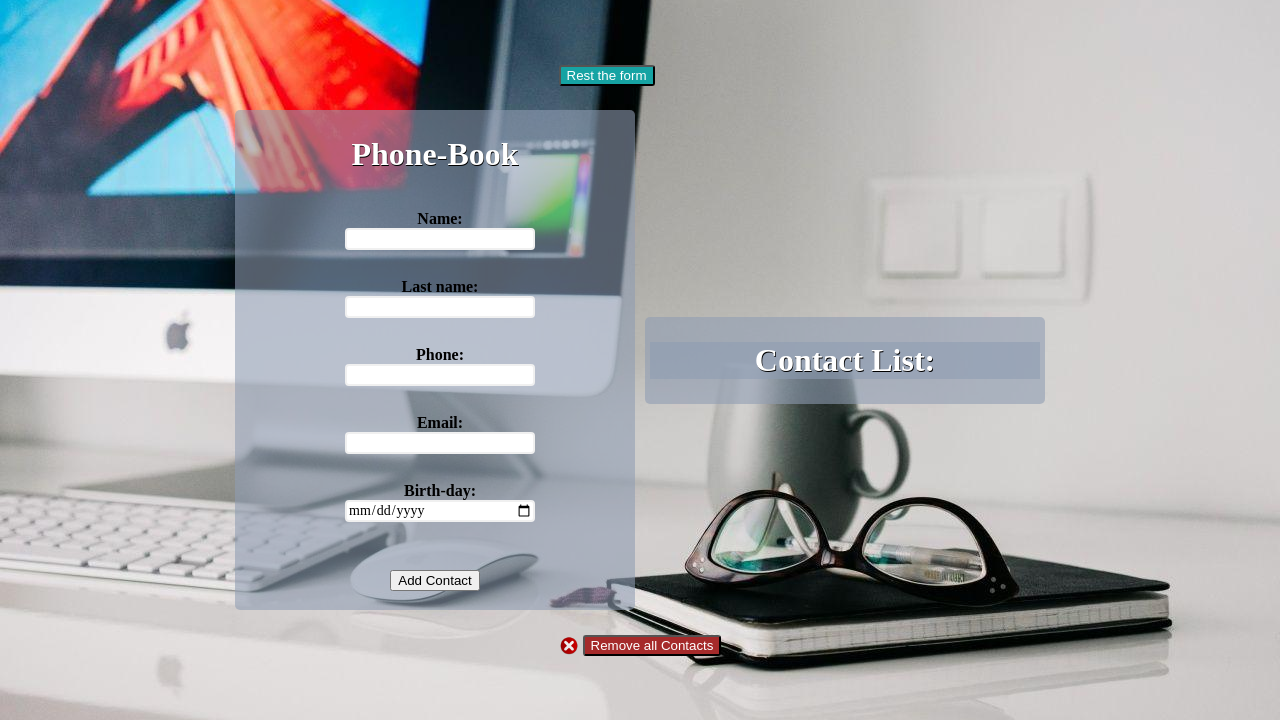
Repository: STA1357/Phone-book
Page: Inner.html
The author's editor kept a copy of each file at every save. The page is drawn from the files as they stood at one save, then again after the next save.
The browser window is 1280 px wide. The pictures show the whole page.

Above is the page before, as saved 2020-12-12 18:05:24.

### Inner.html
<!DOCTYPE html>
<html lang="en">
<head>
    <meta charset="UTF-8">
    <meta name="viewport" content="width=device-width, initial-scale=1.0">
    <title>Phone Book</title>
    <link rel="stylesheet" href="./styles.css">
    <script src="./app.js"></script>
</head>
<body>
    <form action="#" method="POST" id="form" class="form">

        <header>
            <div class="header-title">
                <h1>Phone-Book</h1>
            </div>
        </header>

        <main>
            <div class="container">

                <div class="form-control">
                <label for="name">Name:</label>
                <input type="text" class="form-input" id="nameInput">
                <small>Field is required</small>
                </div>

                <div class="form-control">
                <label for="lname">Last name:</label>
                <input type="text" class="form-input" id="lnameInput">
                <small>Field is required</small>
                </div>

                <div class="form-control">
                <label for="tel">Phone:</label>
                <input type="text" class="form-input" id="telInput" class="tellinput">
                <small>Field is required</small>
                </div>


                <div class="form-control">
                <label for="email">Email:</label>
                <input type="email" class="form-input" id="emailInput">
                <small>Field is required</small>
                </div>


                <div class="form-control">
                <label for="birthname">Birth-day:</label>
                <input type="date" class="form-input" id="birthInput">
                <small>Field is required</small>
                </div>

            </div>

        </main>

        <div class="btn">
        <button type="submit" id="btnAdd">Add Contact</button>
    </div>
    </form>
<div class="list-container">
    <h2 class="listTitle">Contact List:</h2>
    <ul id="users"></ul>
</div>

<div class="clearBook">
    <button id="restBtn" class="restBtn">Rest the form</button>
    <img src="./delete.png" class="delete-png">
    <button id="clearBookBtn" class="clearBookBtn" onclick="removeAll()">Remove all Contacts</button>
</div>

</body>
</html>

### styles.css
*{
    box-sizing: border-box;

}

body{
    display: flex;
    flex-direction: row;
    align-items: center;
    justify-content: center;
    min-height: 100vh;
    margin: 0;
    background: url("./wp3990421-office-wallpapers.jpg") no-repeat fixed center center;
    background-size: cover;
}

.header-title{
    color: white;
    text-shadow: 0.5px 0.5px black;
}

form{
    max-height: 500px;
    background-color: rgba(144, 156, 179, 0.589);
    width: 400px;
    max-width: 100%;
    margin-right: 10px;
    text-align: center;
    border-radius: 5px;
    position: relative;
}

main{
    margin-left: 25%;
}

.container{
    text-align: center;
    display: block;
    width: 70%;
}

.list-container{
    background-color: rgba(144, 156, 179, 0.589);
    width: 400px;
    max-width: 100%;
    page-break-after: 30px 40px;
    border-radius: 5px;
    max-height: 500px;
    overflow: auto;
}

.listTitle{
    color: white;
    text-shadow: 0.7px 0.7px black;
    font-size: 32px;
    margin-top: 20px;
    margin-bottom: 20px;
    position: sticky;
    top: 20px;
    background-color: rgba(144, 156, 179, 0.589);
}

.titleLi{
    color: rgb(15, 87, 129);
    text-shadow: 0.5px 0.5px black;
    font-size: 22px;
}

.infoList{
    color: black;
    font-size: 18px;
}

h2{
    text-align: center;
}

label{
    font-weight: bold;
}

.form-control input {
	border: 2px solid #f0f0f0;
	border-radius: 4px;
	display: block;
	font-family: inherit;
	font-size: 14px;

	width: 100%;
}

.restBtn{
    border-radius: 3px;
    background-color: rgb(22, 163, 163);
    text-align: center;
    color: white;
    position: fixed
}

.delete-png{
    width: 20px;
    height: 20px;
    margin-bottom: -6px;
}

.btn{
    padding: 20px 0;
}


.selected{
    background-color: skyblue;
    color: black;
    text-shadow: 0.5px 0.5px grey;
}

.deleteBtn::before{
    color: brown;
    content: "delete";
    font-weight: bold;
}

.deleteAll::before{
    color: brown;
    content: "delete";
}

div{
    padding: 5px;
}

li{
    font-weight: bold;
    font-style: italic;
}

.clearBook{
    display: block;
    position: fixed;

}

.clearBookBtn{
    margin-top: 570px;
    background-color: brown;
    color: white;
    border-radius: 3px;
}

.form-control.success input{
    border-color: rgb(18, 206, 18);
}

.form-control.error input{
    border-color: rgb(224, 68, 68);
}


.form-control small {
	color: rgb(224, 68, 68);
	bottom: 0;
	left: 0;
	visibility: hidden;
}

.form-control.error small{
    visibility: visible;
}

.active {
    background-color: gray;
}

### app.js
// compare dates = new Date(date value from contact).toDateString() === new Date().toDateString()

window.onload = function() {
    const localKey = 'contactsCollection';
    const form = document.querySelector('form');
    const list = document.getElementById('users');
    const userName = document.getElementById('nameInput');
    const userLname = document.getElementById('lnameInput');
    const userTel = document.getElementById('telInput');
    const userEmail = document.getElementById('emailInput');
    const userBirth = document.getElementById('birthInput');

    let contactsList = getContacts();
    let activeContact = {};

    generateContactList();
    compareDates();

    function compareDates() {
        const today = new Date().toDateString();
        const todayBirthDays = contactsList.filter(({ birthDay }) => new Date(birthDay).toDateString() === today);
        if (todayBirthDays.length) {
            console.log(todayBirthDays);
        }
    }
    //validation
    form.addEventListener('submit', (e) => {
        e.preventDefault();
        if (validateForm()) {
            const contact = {
                id: Object.keys(activeContact).length ? activeContact.id : getId(),
                name: userName.value,
                lastName: userLname.value,
                phone: userTel.value,
                mail: userEmail.value,
                birthDay: userBirth.value
            }
            if (Object.keys(activeContact).length) {
                updateContact(contact);
                setActiveContact({});
            } else {
                recordContact(contact);
            }
        }
    })

    function setErrorFor (input) {
        const formControl = input.parentElement;
        formControl.classList.add("error");
    }

    function removeError(input) {
        const formControl = input.parentElement;
        formControl.classList.remove("error");
    }

    function isValidField(field) {
        const valid = !!field.value.trim();
        if (!valid) {
            setErrorFor(field);
        } else {
            removeError(field);
        }
        return valid;
    }

    function validateForm() {
        const validateFields = document.querySelectorAll('.form-input');
        const validFields = [];
        validateFields.forEach(field => validFields.push(isValidField(field)));
        return !validFields.some(valid => !valid);
    }

    function getContacts() {
        const res = localStorage.getItem(localKey);
        return res ? JSON.parse(res) : [];
    }

    function setToStorage(data) {
        localStorage.setItem(localKey, data);
    }

    function updateContactList(newList) {
        const string = JSON.stringify(newList);
        contactsList = newList;
        setToStorage(string);
        generateContactList();
    }

    function recordContact(newContact) {
        updateContactList([...contactsList, newContact])
    }

    function updateContact(newData) {
        contactsList = contactsList.map(contact => contact.id === newData.id ? newData : contact);
        updateContactList(contactsList);
    }

    function deleteContact(removeId) {
        contactsList = contactsList.filter(({ id }) => id !== removeId);
        updateContactList(contactsList);
    }

    function switchButtonTitle(){
        const switchButton = document.getElementById('btnAdd');
        switchButton.innerText = "Update";
    }

    function setActiveContact(contact) {
        activeContact = contact;
        const contacts = document.querySelectorAll('.contact-item');
        const { id = "", name = "", lastName = "", phone = "", mail = "", birthDay = "" } = contact;
            contacts.forEach((contact) => {
                if (contact.id === `contact-${id}`) {
                    contact.classList.add('active');
                } else {
                    contact.classList.remove('active');
                    switchButtonTitle();
                }
            })
            userName.value = name;
            userLname.value = lastName;
            userTel.value = phone;
            userEmail.value = mail;
            userBirth.value = birthDay;
    }

    function generateContactList() {
        const fragment = document.createDocumentFragment();
        contactsList.forEach((contact) => {
            const { id, name, lastName, phone, mail, birthDay } = contact;
            const container = document.createElement('div');

            container.onclick = () => setActiveContact(contact);
            container.id = `contact-${id}`;
            container.className = 'contact-item';
            const title = document.createElement('li');
            title.className = 'titleLi'
            title.innerText = `${name} ${lastName}`;

            const infoList = document.createElement('b');
            infoList.className = 'infoList'
            infoList.innerText = `${phone}
            ${mail}
            ${birthDay}`;
            // phonesList.innerText = phones.join(' ');
            container.appendChild(title);
            container.appendChild(infoList);
            const deleteBtn = document.createElement('button');
            deleteBtn.className = 'deleteBtn'
            container.appendChild(deleteBtn);
            deleteBtn.addEventListener('mousedown', function (e) {
                e.preventDefault();
            })
            fragment.appendChild(container);

            deleteBtn.addEventListener('click', function (e) {
                deleteContact(id);
            })
            document.getElementById('nameInput').value = "";
            document.getElementById('lnameInput').value = "";
            document.getElementById('telInput').value = "";
            document.getElementById('emailInput').value = "";
            document.getElementById('birthInput').value = "";
        });


        list.innerHTML = '';
        list.appendChild(fragment);


    }

    function getId() {
        return '_' + Math.random().toString(36).substr(2, 9);
    };
}

function removeAll(){
    if(window.confirm("This action will remove all contacts. Are you sure?")){
        window.localStorage.clear();
        document.location.reload();
    }
}


function newFunction() {
    return document.getElementById('contactsCount');
}
//function move_up() {
//document.getElementById('list-container').scrollTop += 10;
//}

//function move_down() {
//document.getElementById('list-container').scrollTop -= 10;
//}

// const form = document.querySelector('form')
// const list = document.getElementById('users')
// const userName = document.getElementById('nameInput')
// const userLname = document.getElementById('lnameInput')
// const userTel = document.getElementById('telInput')
// const userEmail = document.getElementById('emailInput')
// const userBirth = document.getElementById('birthInput')
// const entry = document.createElement('li')


// function addUser() {
//     const list = document.getElementById('users')
//     const userName = document.getElementById('nameInput')
//     const userLname = document.getElementById('lnameInput')
//     const userTel = document.getElementById('telInput')
//     const userEmail = document.getElementById('emailInput')
//     const userBirth = document.getElementById('birthInput')
//     const entry = document.createElement('li')
//     entry.appendChild(document.createTextNode(userName.value + ' ' + userLname.value + ' '
//     + userTel.value + ' ' + userEmail.value + ' ' + userBirth.value))
//     list.appendChild(entry)
//     return false

// }

// let bookContacts = [];

// const addContacts = (ev) => {
//     ev.preventDefault();
//     let contact = {
//         name: document.getElementById('nameInput').value,
//         lname: userLname.value,
//         tel: userTel.value,
//         email: userEmail.value,
//         birthday: userBirth.value
//     }
//     bookContacts.push(contact);
//     document.forms[0].reset();
// }
// document.addEventListener('DomContentLoad', () =>{
//     document.getElementById('btnAdd').addEventListener('click',addContacts)
// })
// console.log(bookContacts);




/*class Person{
    constructor(options){
        this.name = options.name
        this.lname = options.lname
        this.tel = options.tel
        this.email = options.email
        this.birthday = options.birthday
    }
}

class User extends Person{
    static type = "User"
}

const user = new User({
    name: "",
    lname: "",
    tel: "",
    email:"",
    birthday:""
})


localStorage.setItem('userInfo', JSON.stringify(user));




const raw = localStorage.getItem('userInfo')
const userInfo = JSON.parse(raw)
userInfo.name = 'Maxim'

console.log(userInfo);*/

After the next save:
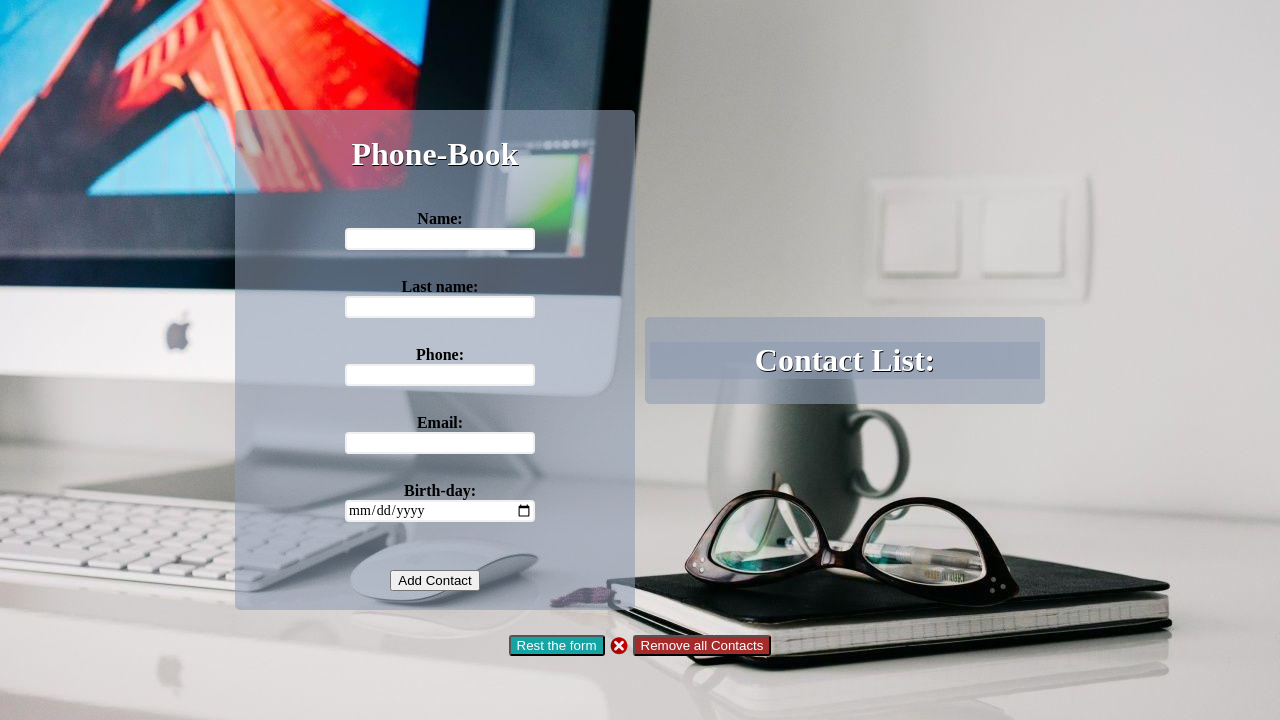
Saved 10 s later.
--- a/styles.css
+++ b/styles.css
@@ -95,7 +95,7 @@ label{
     background-color: rgb(22, 163, 163);
     text-align: center;
     color: white;
-    position: fixed
+
 }
 
 .delete-png{
